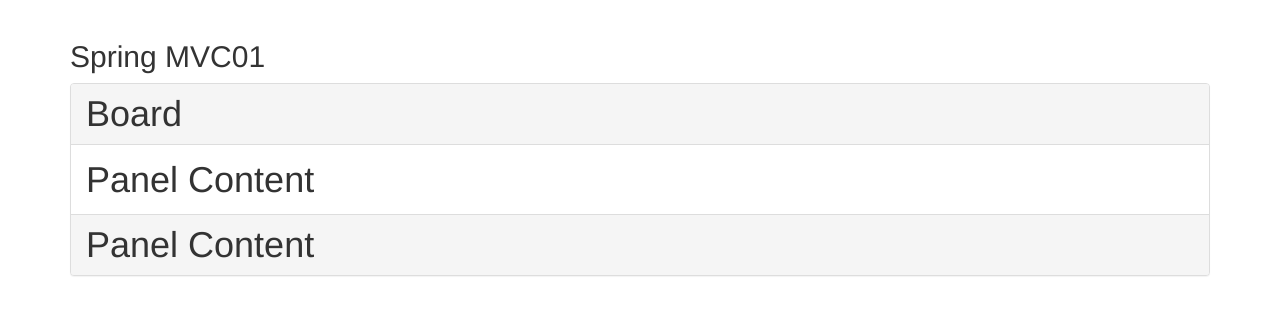
Repository: Hyerim-Ryu/Spring-
Page: http://localhost/SpringMVC01/boardList.do
An editor plug-in stored every save of this project. The page is shown before and after the next save, followed by the edit.
The browser window is 1280 px wide. The pictures show the whole page.
The page is served by Tomcat 9.

Above is the page before, as saved 2023-09-05 01:47:10.

After the next save:
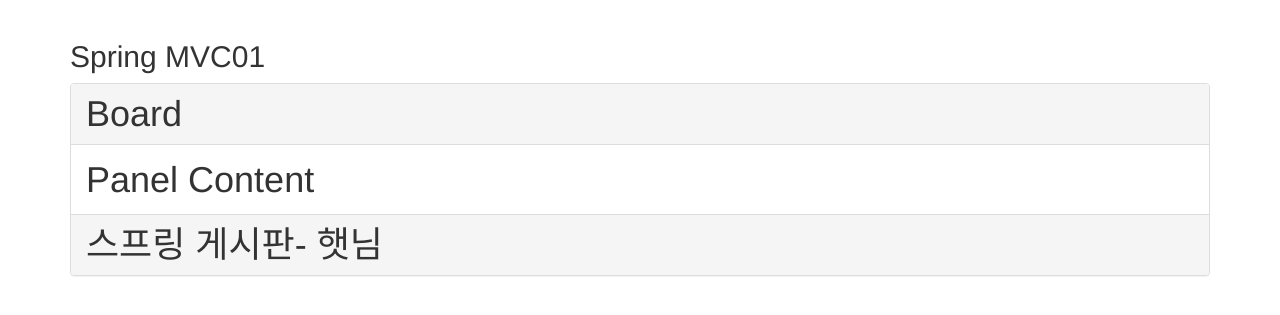
Saved 49 s later.
--- a/workspace.edu/SpringMVC01/src/main/webapp/WEB-INF/views/boardList.jsp
+++ b/workspace.edu/SpringMVC01/src/main/webapp/WEB-INF/views/boardList.jsp
@@ -17,7 +17,7 @@
 			  <div class="panel panel-default">
 			    <div class="panel-heading">Board</div>
 			    <div class="panel-body">Panel Content</div>
-			    <div class="panel-footer">Panel Content</div>
+			    <div class="panel-footer">스프링 게시판- 햇님</div>
 		  </div>
 		</div>
 	</h1>
